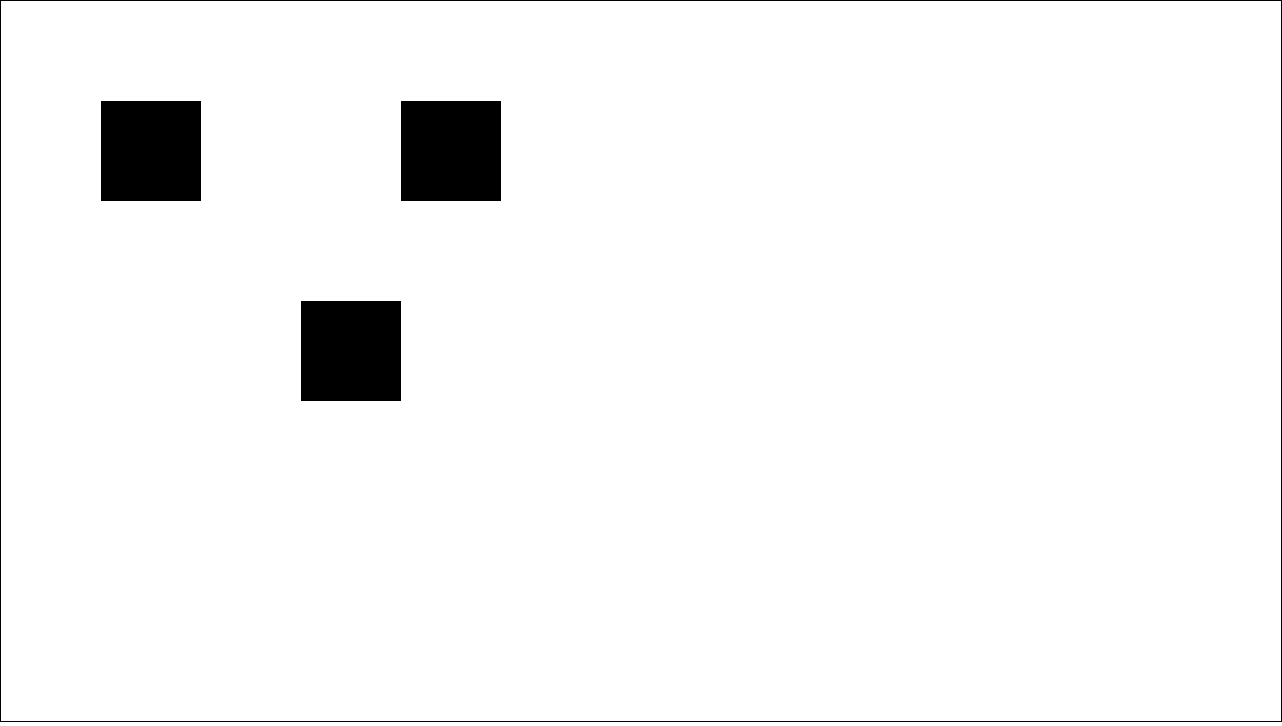
Repository: badhon252/Javascript-practice
Page: 1projects/JavaScript30/08 - Fun with HTML5 Canvas/index-START.html
The author's editor kept a copy of each file at every save. The page is drawn from the files as they stood at one save, then again after the next save.
The browser window is 1280 px wide. The page is 1282 px wide, so the pictures cover 1282 px, including what lies to the right of the window. The pictures show the whole page.

Above is the page before, as saved 2022-12-02 23:32:49.

### 1projects/JavaScript30/08 - Fun with HTML5 Canvas/index-START.html
<!DOCTYPE html>
<html lang="en">

<head>
    <meta charset="UTF-8">
    <title>HTML5 Canvas</title>
</head>

<body>
    <canvas id="draw" width="800" height="800"></canvas>
    <script>
    </script>

    <style>
        html,
        body {
            margin: 0;
            padding: 0;
        }

        #draw {
            border: 1px solid black;
        }
    </style>

    <script>
        console.log("first")
        const canvas = document.querySelector("#draw");
        const ctx = canvas.getContext("2d")

        canvas.width = window.innerWidth;
        canvas.height = window.innerHeight;

        // ctx.fillRect(x, y, width, height)
        ctx.fillRect(100, 100, 100, 100);
        ctx.fillRect(400, 100, 100, 100);
        ctx.fillRect(300, 300, 100, 100);
    </script>
</body>

</html>

After the next save:
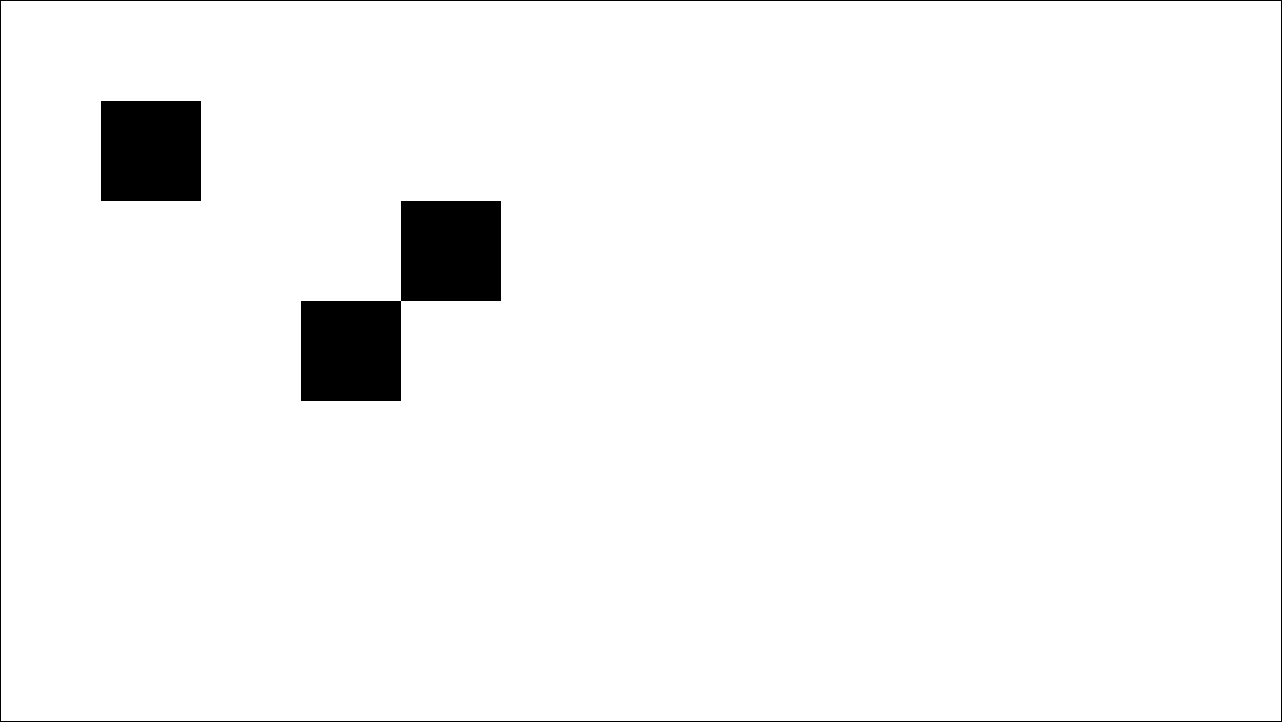
Saved 6 s later.
--- a/1projects/JavaScript30/08 - Fun with HTML5 Canvas/index-START.html
+++ b/1projects/JavaScript30/08 - Fun with HTML5 Canvas/index-START.html
@@ -33,7 +33,7 @@
 
         // ctx.fillRect(x, y, width, height)
         ctx.fillRect(100, 100, 100, 100);
-        ctx.fillRect(400, 100, 100, 100);
+        ctx.fillRect(400, 200, 100, 100);
         ctx.fillRect(300, 300, 100, 100);
     </script>
 </body>
